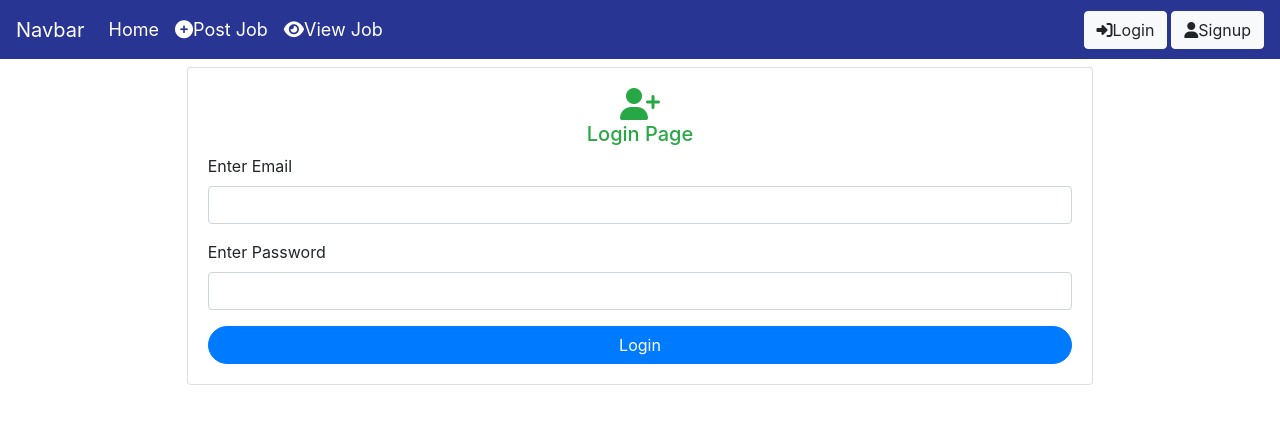
Repository: Pankaj08072001/Adv_Java
Page: http://localhost/06_Job_portal_Project/add_job.jsp
The author's editor kept a copy of each file at every save. The page is drawn from the files as they stood at one save, then again after the next save.
The browser window is 1280 px wide. The pictures show the whole page.
Some web libraries are served in a nearby version. The page is served by Tomcat 9.

Above is the page before, as saved 2025-03-13 20:31:20.

After the next save:
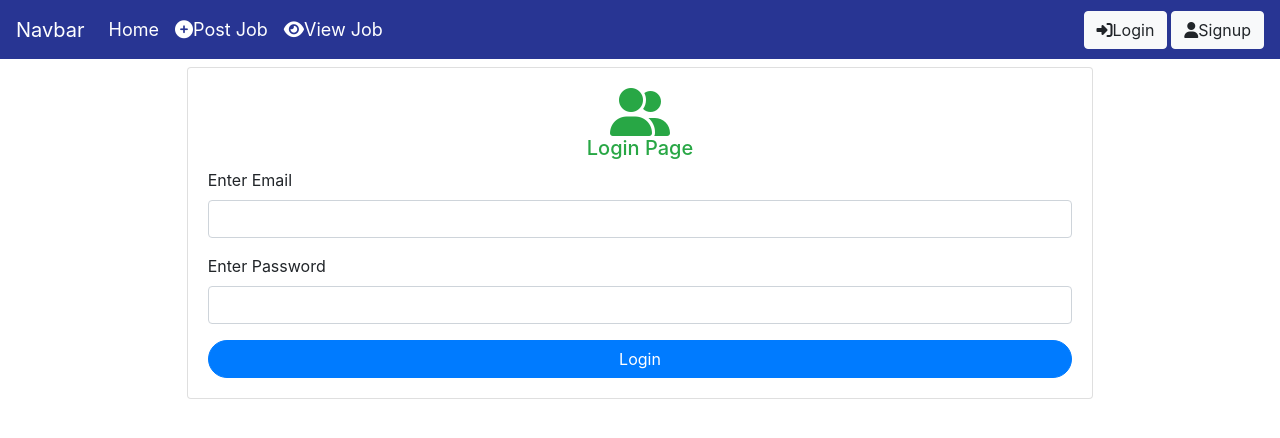
Saved 44 s later.
--- a/06_Job_portal_Project/src/main/webapp/add_job.jsp
+++ b/06_Job_portal_Project/src/main/webapp/add_job.jsp
@@ -14,7 +14,7 @@
 			<div class="card">
 				<div class="card-body">
 					<div class="text-center text-success">
-						<i class="fa fa-user-plus fa-2x" aria-hidden="true"></i>
+						<i class="fa fa-user-friends fa-3x" ></i>
 						<h5>Login Page</h5>
 					</div>
 					<%--  <c:if test= "${not empty succMsg}">
